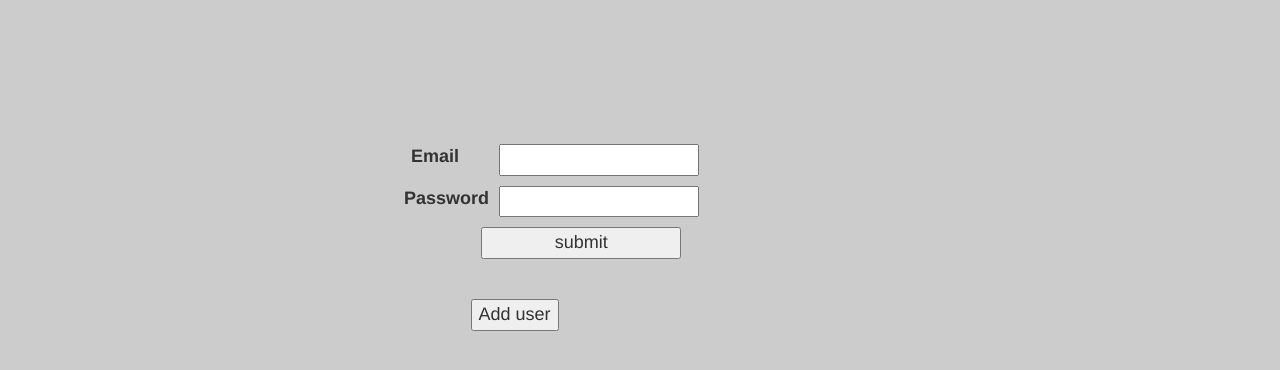
Repository: marijabroceta/ProjekatIB
Page: IB_Project_Shell/src/main/resources/static/index.html
These files come from the project's save history. The page is drawn as it stood at one moment and after the next save; the edit follows.
The browser window is 1280 px wide. The pictures show the whole page.

Above is the page before, as saved 2018-07-01 10:00:49.

### IB_Project_Shell/src/main/resources/static/index.html
<!DOCTYPE html>
<html>

<head>
<!--  <script type="text/javascript" src="js/main.js"></script>
<script src="https://ajax.googleapis.com/ajax/libs/jquery/3.3.1/jquery.min.js"></script>-->
<title>Login</title>
	<script src="js/jquery-2.1.4.min.js"></script>
	<link rel="stylesheet" type="text/css" href="bootstrap/css/bootstrap.min.css"/>
    <script src="bootstrap/js/bootstrap.min.js"></script>
    <link rel="stylesheet" type="text/css" href="css/login.css">
    <script src="js/login.js" type="text/javascript"></script>
</head>
<body>
	<!--  <a href="./user_content/cat.jpg" download>Download link for static
		files</a>
	<button type="button"  onclick="download()">Download link for
		target/files files</button>-->
	<div id="forms">
		<div id="login_form">
		    <form name="login" method="post" id="login">
		       	<label for="email">Email</label>
		 		<input type="text" id="email" name="email"><br>
		 		<label for="password">Password</label>
		 		<input type="password" id="password" name="password"><br>
		 		<input type="submit" name="submit" id="submit" value="submit" class="button" /><br/>
		    </form>
		 </div>
		 <button id="add_user">Add user</button>
	    <div id="add_form">
				<form name="add_user_form" method="post" id="add_user_form">
			       	<label id="email_lbl" for="email">Email</label>
			 		<input type="text" id="email_txt" name="email"><br>
			 		<label id="pass_lbl" for="password">Password</label>
			 		<input type="password" id="password_txt" name="password"><br>
			 		<input type="submit" name="submit" id="submit_add" value="submit" class="button" /><br>
			 		<input type="button" name="cancel" id="cancel_add" value="cancel" class="button" />
		    	</form>
			</div>
	</div>
</body>

</html>

### IB_Project_Shell/src/main/resources/static/css/login.css
#forms{
	position: absolute;
    top: 20%;
    left: 30%;
    right: 30%;
    bottom: 20%;
    font-size: 18px;
}



body {
    text-align: center;
    background: #ccc;
}
/*form {
    display: inline-block;
}*/

label,input {
 display: block;
 width: 200px;
 float: left;
 margin-left: 20px;
 margin-bottom: 10px;
}

label {
 text-align: right;
 width: 75px;
 padding-right: 20px;
}



br {
 clear: left;
}

#submit{
	margin-left: 19%;

}

#submit_add,#cancel_add{
	margin-left: 115px;
}

#add_user{
	margin-top: 30px;
	margin-bottom:20px;
	margin-right: 49%;
}

### IB_Project_Shell/src/main/resources/static/js/login.js
$(document).ready(function(){

	var submit = $('#submit');
	$('#add_form').hide();

	$('#add_user').on('click',function(e){
		$('#add_form').show();
		e.preventDefault();
		return false;
	});

	$('#cancel').on('click',function(e){
		$('#add_form').hide();
		e.preventDefault();
		return false;
	});

	submit.on('click',function(e) {
		login();

		e.preventDefault();
		return false;
	});

	$('#submit_add').on('click',function(e){
		addUser();
		window.location.href = "index.html";
		e.preventDefault();
		return false;
	});

});

function login(){
	var email = $('#email').val().trim();
	var password = $('#password').val().trim();
	var token = '';

	var data = {
		'username':email,
		'password':password
	}
	console.log(data);

	$.ajax({
		type: 'POST',
        contentType: 'application/json',
        url: 'https://localhost:8443/api/auth/login',
        data: JSON.stringify(data),
        dataType: 'json',
        crossDomain: true,
		cache: false,
		processData: false,
		success:function(response){
			var token = response.access_token;
			console.log(token);
			console.log(response);

			localStorage.setItem("token",token);
			window.location.href = "main_page.html";
		},
		error: function (jqXHR, textStatus, errorThrown) {
			alert(textStatus);
		}
	});
}

function addUser(){
	console.log("submit");
	var email = $('#email_txt').val().trim();
	var password = $('#password_txt').val().trim();

	var data = {
			'email':email,
			'password':password
		}
		console.log(data);
		$.ajax({
				type: 'POST',
		        contentType: 'application/json',
		        headers:{"Authorization" :"Bearer " + token},
		        url: 'https://localhost:8443/api/users/save',
		        data: JSON.stringify(data),
		        dataType: 'json',
		        crossDomain: true,
				cache: false,
				processData: false,
				success:function(response){
					alert("Created");
				},
				error: function (jqXHR, textStatus, errorThrown) {
					console.log(jqXHR);
					alert(textStatus);
				}
		});
}

Loaded but not shown: IB_Project_Shell/src/main/resources/static/js/jquery-2.1.4.min.js (library); IB_Project_Shell/src/main/resources/static/bootstrap/css/bootstrap.min.css (library); IB_Project_Shell/src/main/resources/static/bootstrap/js/bootstrap.min.js (library)

After the next save:
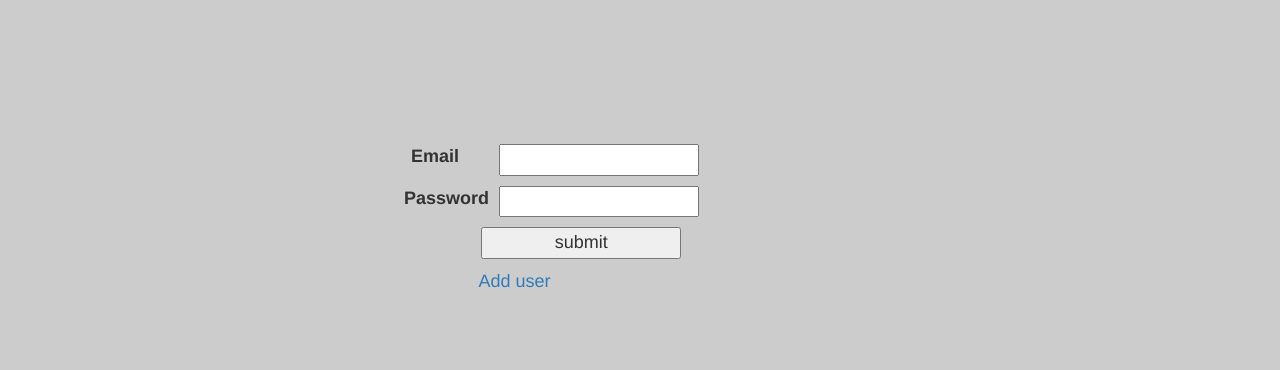
Saved 4 min 3 s later.
--- a/IB_Project_Shell/src/main/resources/static/index.html
+++ b/IB_Project_Shell/src/main/resources/static/index.html
@@ -26,17 +26,8 @@
 		 		<input type="submit" name="submit" id="submit" value="submit" class="button" /><br/>
 		    </form>
 		 </div>
-		 <button id="add_user">Add user</button>
-	    <div id="add_form">
-				<form name="add_user_form" method="post" id="add_user_form">
-			       	<label id="email_lbl" for="email">Email</label>
-			 		<input type="text" id="email_txt" name="email"><br>
-			 		<label id="pass_lbl" for="password">Password</label>
-			 		<input type="password" id="password_txt" name="password"><br>
-			 		<input type="submit" name="submit" id="submit_add" value="submit" class="button" /><br>
-			 		<input type="button" name="cancel" id="cancel_add" value="cancel" class="button" />
-		    	</form>
-			</div>
+		 <a href="add_user.html" id="add_user">Add user</a>
+
 	</div>
 </body>
 
